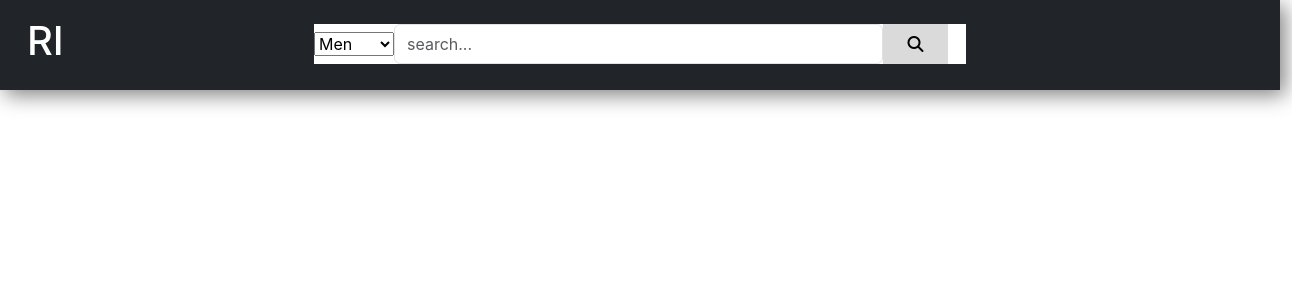
Repository: KodandaraoChellapilli/e-store
Page: /
The author's editor kept a copy of each file at every save. The page is drawn from the files as they stood at one save, then again after the next save.
The browser window is 1280 px wide. The page is 1292 px wide, so the pictures cover 1292 px, including what lies to the right of the window. The pictures show the whole page.
The project was rebuilt for these pictures with package versions that can differ from the ones it lists, and the page was loaded fresh each time.

Above is the page before, as saved 2025-06-04 12:35:48.

### public/index.html
<!DOCTYPE html>
<html lang="en">
  <head>
    <meta charset="utf-8" />
    <link rel="icon" href="%PUBLIC_URL%/favicon.ico" />
    <meta name="viewport" content="width=device-width, initial-scale=1" />
    <meta name="theme-color" content="#000000" />
    <meta
      name="description"
      content="Web site created using create-react-app"
    />
    <link rel="apple-touch-icon" href="%PUBLIC_URL%/logo192.png" />
    <!--
      manifest.json provides metadata used when your web app is installed on a
      user's mobile device or desktop. See https://developers.google.com/web/fundamentals/web-app-manifest/
    -->
    <link rel="manifest" href="%PUBLIC_URL%/manifest.json" />

    <link rel="stylesheet"   href="https://cdnjs.cloudflare.com/ajax/libs/font-awesome/6.7.2/css/all.min.css"/>


    <link href="https://cdn.jsdelivr.net/npm/bootstrap@5.3.6/dist/css/bootstrap.min.css" rel="stylesheet" integrity="sha384-4Q6Gf2aSP4eDXB8Miphtr37CMZZQ5oXLH2yaXMJ2w8e2ZtHTl7GptT4jmndRuHDT" crossorigin="anonymous">
    <!--
      Notice the use of %PUBLIC_URL% in the tags above.
      It will be replaced with the URL of the `public` folder during the build.
      Only files inside the `public` folder can be referenced from the HTML.

      Unlike "/favicon.ico" or "favicon.ico", "%PUBLIC_URL%/favicon.ico" will
      work correctly both with client-side routing and a non-root public URL.
      Learn how to configure a non-root public URL by running `npm run build`.
    -->
    <title>React App</title>
  </head>
  <body>
    <noscript>You need to enable JavaScript to run this app.</noscript>
    <div id="root"></div>
    <!--
      This HTML file is a template.
      If you open it directly in the browser, you will see an empty page.

      You can add webfonts, meta tags, or analytics to this file.
      The build step will place the bundled scripts into the <body> tag.

      To begin the development, run `npm start` or `yarn start`.
      To create a production bundle, use `npm run build` or `yarn build`.
    -->
  </body>
</html>

### src/App.js
import logo from './logo.svg';
import './App.css';

function App() {
  return (
    <div className="App">
      <div className='header bg-dark'>
        <div className = 'row'>
          <div className='brand my-1'>
            <h1>RI</h1>
          </div>

          <div className='inp-container p-0 my-4 w-50 h-25 bg-white'>

            <div className='dropdown m-0 p-0'>
              <select className='select-btn w-100 p-0 m-0'>
                <option>Men</option>
                <option>Women</option>
                <option>Kids</option>
              </select>
            </div>
            <input className= 'form-control' placeholder='search...' />
            <button><i className='fa fa-search'/> </button>

          </div>

        </div>

      </div>

    </div>
  );
}

export default App;

### src/App.css
.header{
  max-width: 100%;
  box-shadow: 5px 5px 20px gray;
}

.row div{
  display: inline-block;
}

.brand{
  color:white;
  margin-left: 2%;
  padding: 0.8em;
  width: 23%;
}

.inp-container input{
  display: inline-block;
  width: 75%;
  height: 2.5em;
}

.inp-container button{
  width: 10%;
  height: 2.5em;
  border: none;
  background-color: #dadada;
}

Loaded but not shown: src/index.js (common file); src/index.css (common file); src/reportWebVitals.js (common file)

After the next save:
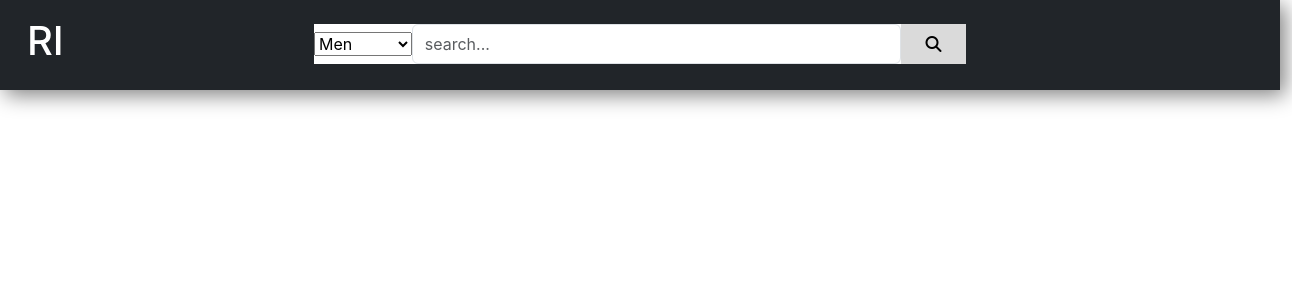
Saved 39 s later.
--- a/src/App.css
+++ b/src/App.css
@@ -26,3 +26,7 @@
   border: none;
   background-color: #dadada;
 }
+
+.dropdown {
+width: 15%;
+}
